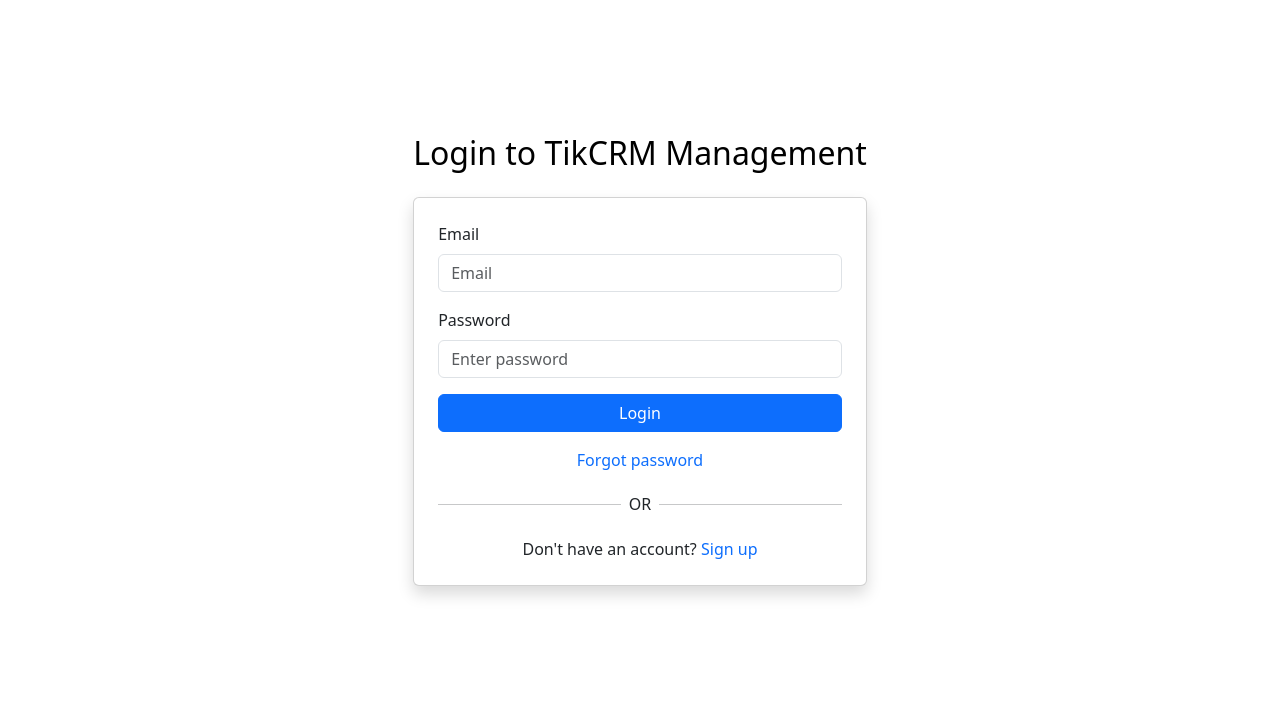
Repository: chaolaolo/tikcrm-fe
Page: /
An editor plug-in stored every save of this project. The page is shown before and after the next save, followed by the edit.
The browser window is 1280 px wide. The pictures show the whole page.
The project was rebuilt for these pictures with package versions that can differ from the ones it lists, and the page was loaded fresh each time. Also part of the build but not shown: vite.config.ts, src/pages/Home/Settings.tsx, src/pages/Home/HomePage.tsx. Imported but missing from the stored project, and not drawn on this page: src/pages/Home/Dashboard, src/pages/Register/RegisterPage.

Above is the page before, as saved 2025-05-22 21:54:10.

After the next save:
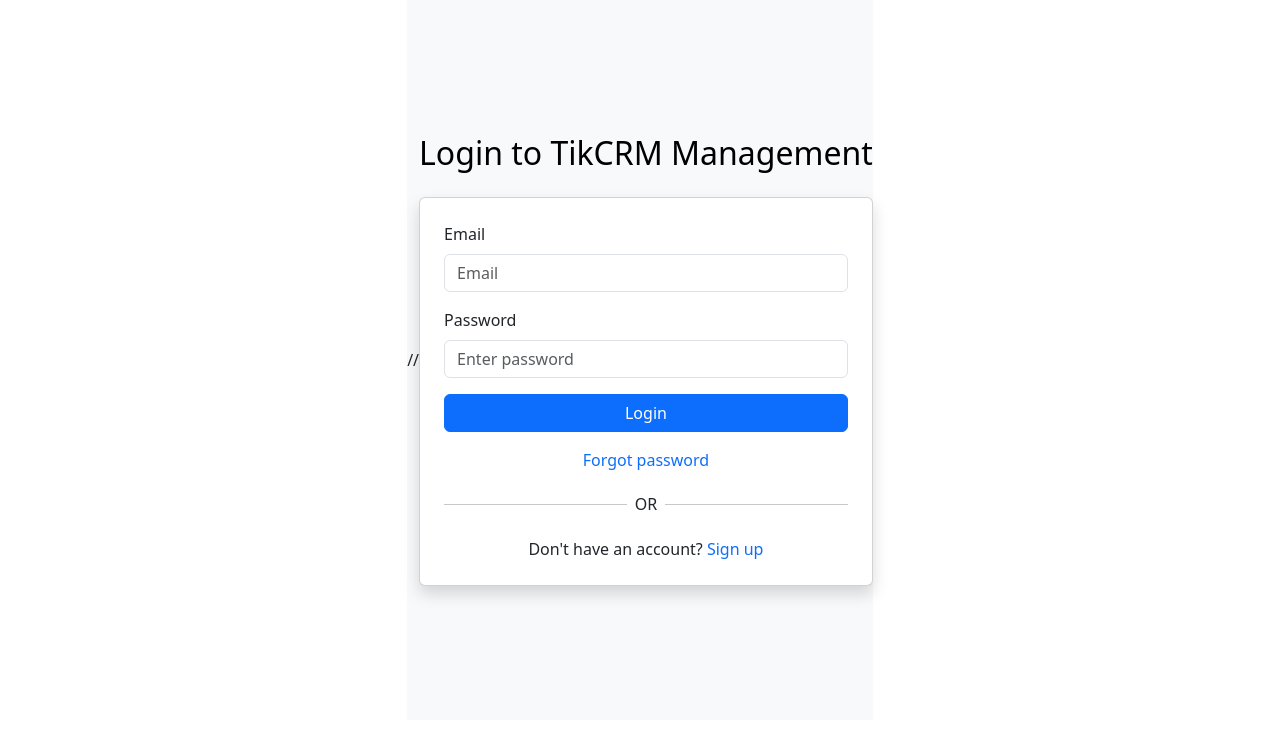
Saved 30 s later.
--- a/src/pages/Auth/LoginPage.tsx
+++ b/src/pages/Auth/LoginPage.tsx
@@ -59,9 +59,8 @@
 
 const LoginPage: React.FC = () => {
   return (
-    // // <div style={{ minHeight: '100vh', backgroundColor: '#f8f9fa' }} className="d-flex justify-content-center align-items-center">
+    <div style={{ minHeight: '100vh', backgroundColor: '#f8f9fa' }} className="d-flex justify-content-center align-items-center">
     //   {/* <div className="w-100 px-3" style={{ maxWidth: '600px' }}> */}
-      <div>
       <div>
         <h2 className="text-center mb-4 text-black">Login to TikCRM Management</h2>
         <div className="card p-4 shadow">
